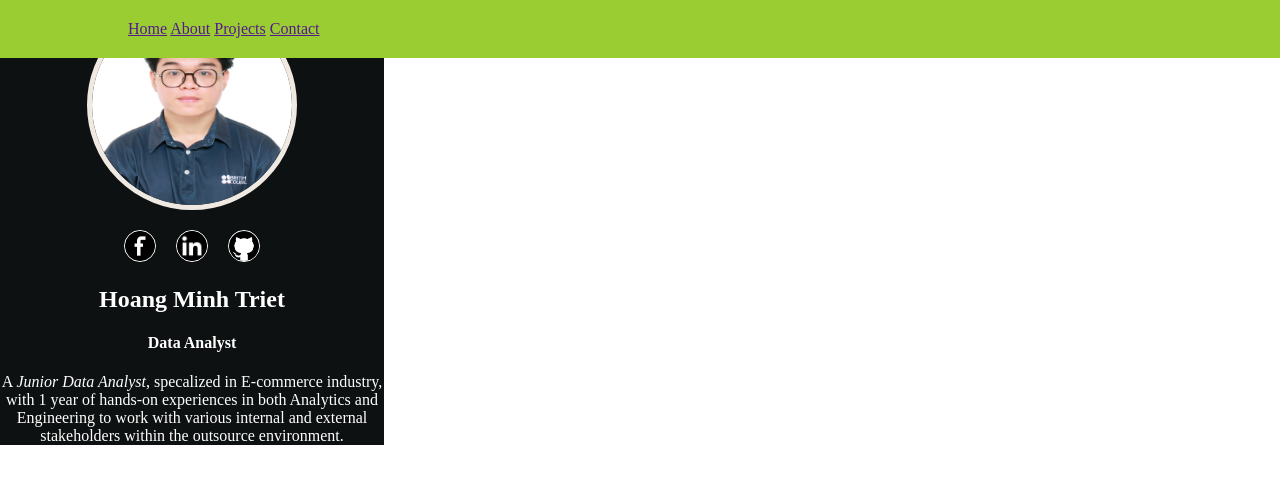
Repository: MinnTrit/personal_website
Page: http://localhost/
An editor plug-in stored every save of this project. The page is shown before and after the next save, followed by the edit.
The browser window is 1280 px wide. The pictures show the whole page.
The page is served by the project's application, run on Flask 3 (app.py).

Above is the page before, as saved 2025-01-29 11:50:01.

After the next save:
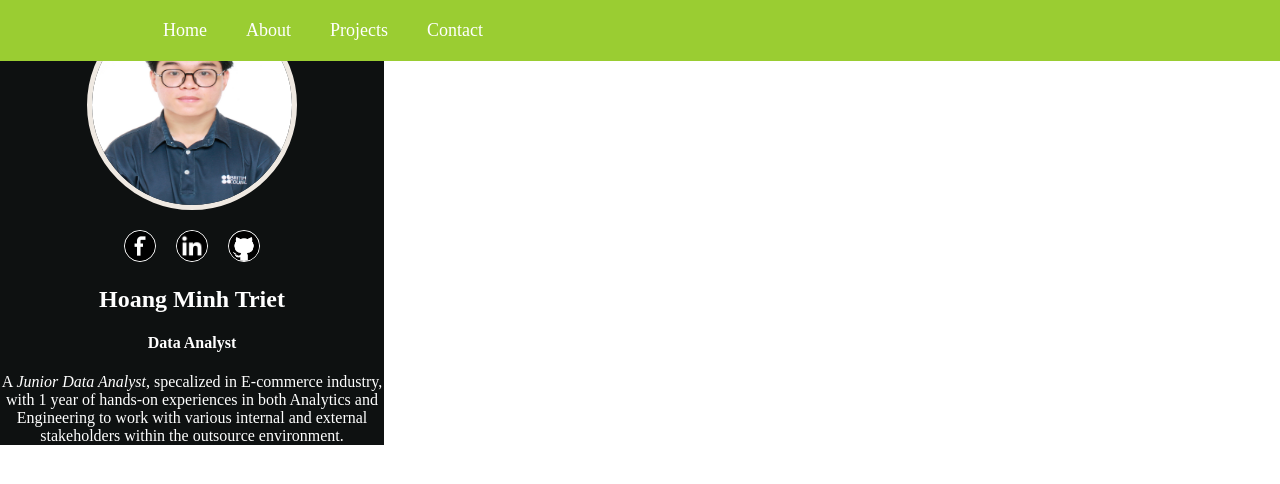
Saved 53 s later.
--- a/static/css/styles.css
+++ b/static/css/styles.css
@@ -11,8 +11,12 @@ header {
     z-index: 100px;
 }
 
-.navbar {
-    gap: 30px;
+.navbar a {
+    font-size: 18px;
+    color: white;
+    text-decoration: none;
+    font-weight: 500;
+    margin-left: 35px;
 }
 
 html, body {
